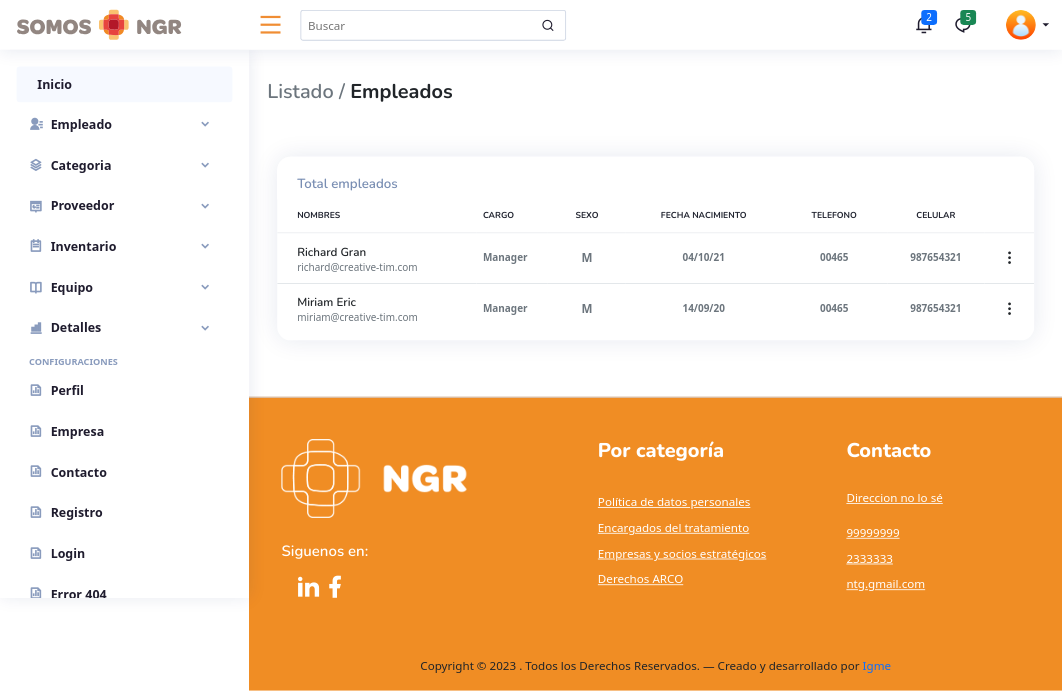
Repository: igmeMarcial/ProyectoLP-2023
Page: http://localhost/proyectoLP_2023/ListadoEmpleados.jsp
The author's editor kept a copy of each file at every save. The page is drawn from the files as they stood at one save, then again after the next save.
The browser window is 1280 px wide. The pictures show the whole page, at 83% of full size.
Some web fonts or font styles are not loaded; a fallback is used. The page is served by Tomcat 9. Other server files are loaded and not shown. The template is opened directly, without the code that normally fills it, so the values that code supplies are empty.

Above is the page before, as saved 2023-03-22 18:35:17.

### proyectoLP_2023/WebContent/ListadoEmpleados.jsp
<%@ page language="java" contentType="text/html; charset=ISO-8859-1"
    pageEncoding="ISO-8859-1"%>
<%@taglib uri="http://java.sun.com/jsp/jstl/core" prefix="c" %>
    <!-- para dar formato a las fechas -->
    <%@taglib uri="http://java.sun.com/jsp/jstl/fmt" prefix="fmt" %>
<!DOCTYPE >
<html>
	<head>
		<meta charset="UTF-8" />
		<meta http-equiv="X-UA-Compatible" content="IE=edge" />
		<meta name="viewport" content="width=device-width, initial-scale=1.0" />
		<link rel="stylesheet" type="text/css" href="./css/listadoEmpleados.css" />
		<link rel="preconnect" href="https://fonts.googleapis.com" />
		<link rel="preconnect" href="https://fonts.gstatic.com" crossorigin />
		<link href="https://fonts.googleapis.com/css2?family=Playball&display=swap" rel="stylesheet" />

		<link rel="preconnect" href="https://fonts.googleapis.com" />
		<link rel="preconnect" href="https://fonts.gstatic.com" crossorigin />
		<link href="https://fonts.googleapis.com/css2?family=Nunito:ital,wght@0,600;0,700;0,800;1,700&display=swap" rel="stylesheet" />

		<link rel="preconnect" href="https://fonts.googleapis.com" />
		<link rel="preconnect" href="https://fonts.gstatic.com" crossorigin />
		<link href="https://fonts.googleapis.com/css2?family=Roboto:wght@300;400;500;700;900&display=swap" rel="stylesheet" />
		<link rel="stylesheet" type="text/css" href="./css/main.css" />
		<link href="https://cdn.jsdelivr.net/npm/bootstrap@5.0.2/dist/css/bootstrap.min.css" rel="stylesheet" integrity="sha384-EVSTQN3/azprG1Anm3QDgpJLIm9Nao0Yz1ztcQTwFspd3yD65VohhpuuCOmLASjC" crossorigin="anonymous" />
		<link href="https://cdn.jsdelivr.net/npm/remixicon@2.5.0/fonts/remixicon.css" rel="stylesheet" />
		<title>Principal</title>
	</head>
	<body>
		<!-- ======= Header(Cabezera) ======= -->
		<header id="header" class="header fixed-top d-flex align-items-center">
			<div class="d-flex align-items-center justify-content-between">
				<a href="Main.jsp" class="logo d-flex align-items-center text-decoration-none">
					<img class="logoImg1 d-none d-lg-block" src="./img/logo-somosngr.svg" alt="" />
					<img class="logoImg2 d-block d-lg-none" src="./img/logo-ngr.png" alt="" />
					<span class="d-none d-lg-block"></span>
				</a>
				<i class="ri-menu-line toggle-sidebar-btn"></i>
			</div>
			<!-- Fin Logo -->
			<!-- Input para Buscar jeje-->
			<div class="search-bar">
				<form class="search-form d-flex align-items-center my-auto" method="POST" action="#">
					<input type="text" name="query" placeholder="Buscar" title="Enter search keyword" />
					<button type="submit" title="Buscar"><i class="ri-search-line"></i></button>
				</form>
			</div>
			<!-- Fin Buscar  -->

			<nav class="header-nav ms-auto">
				<ul class="d-flex align-items-center">
					<li class="nav-item d-block d-lg-none">
						<a class="nav-link nav-icon search-bar-toggle p-0" href="#">
							<i class="ri-search-line"></i>
						</a>
					</li>
					<!-- Fin Buscar Icon-->

					<li class="nav-item dropdown">
						<a class="nav-link nav-icon p-0" href="#" data-bs-toggle="dropdown" id="noti" aria-expanded="false">
							<i class="ri-notification-3-line"></i>
							<span class="badge bg-primary badge-number">2</span>
						</a>
						<!-- End Notification Icon -->
						<ul class="dropdown-menu dropdown-menu-end dropdown-menu-arrow notificaciones" aria-labelledby="noti">
							<li><a class="dropdown-item" href="#">Action</a></li>
							<li><a class="dropdown-item" href="#">Another action</a></li>
							<li><a class="dropdown-item" href="#">Something else here</a></li>
						</ul>
						<!-- Final notificación Dropdown Items -->
					</li>
					<!-- Final Notification Nav -->

					<li class="nav-item dropdown">
						<a class="nav-link nav-icon p-0" href="#" data-bs-toggle="dropdown">
							<i class="ri-chat-1-line"></i>
							<span class="badge bg-success badge-number">5</span>
						</a>
						<!-- Final mensajes Icon -->

						<ul class="dropdown-menu dropdown-menu-end dropdown-menu-arrow messages">
							<li><a class="dropdown-item" href="#">Action</a></li>
							<li><a class="dropdown-item" href="#">Another action</a></li>
							<li><a class="dropdown-item" href="#">Something else here</a></li>
						</ul>
						<!-- Final Mensajes Dropdown Items -->
					</li>
					<!--Final Mensajes Nav -->

					<li class="nav-item dropdown pe-3">
						<a class="nav-link nav-profile d-flex align-items-center pe-0" href="#" data-bs-toggle="dropdown">
							<img src="./img/userImg.png" alt="Profile" class="rounded-circle" />
							<span class="d-none d-md-block dropdown-toggle ps-2">${user}</span>
						</a>
						<!-- End Profile Iamge Icon -->

						<ul class="dropdown-menu dropdown-menu-end dropdown-menu-arrow profile">
							<li class="dropdown-header">
								<h6>${user}</h6>
								<span>${email}</span>
							</li>
							<li>
								<hr class="dropdown-divider" />
							</li>

							<li>
								<a class="dropdown-item d-flex align-items-center" href="perfil.jsp">
									<i class="ri-settings-2-line"></i>
									<span>My Perfil</span>
								</a>
							</li>
							<li>
								<hr class="dropdown-divider" />
							</li>

							<li>
								<a class="dropdown-item d-flex align-items-center" href="perfil.jsp">
									<i class="ri-settings-2-line"></i>
									<span>Configuración</span>
								</a>
							</li>
							<li>
								<hr class="dropdown-divider" />
							</li>

							<li>
								<a class="dropdown-item d-flex align-items-center" href="perfil.jsp">
									<i class="ri-settings-2-line"></i>
									<span>Ayuda?</span>
								</a>
							</li>
							<li>
								<hr class="dropdown-divider" />
							</li>

							<li>
								<a class="dropdown-item d-flex align-items-center" href="ControladorUsuario?accion=Salir">
									<i class="ri-settings-2-line"></i>
									<span>Salir</span>
								</a>
							</li>
						</ul>
						<!-- Final Perfil Dropdown Items -->
					</li>
					<!--Final Profile Nav -->
				</ul>
			</nav>
			<!-- Final Icons Navigation -->
		</header>

		<!-- Final Header -->
		<aside id="sidebar" class="sidebar">
			<ul class="sidebar-nav" id="sidebar-nav">
				<li class="nav-item">
					<a class="nav-link" href="Main.jsp">
						<i class="bi bi-grid"></i>
						<span>Inicio</span>
					</a>
				</li>
				<!-- final Dashboard Nav -->

				<li class="nav-item">
					<a class="nav-link collapsed" data-bs-target="#employes-nav" data-bs-toggle="collapse" href="#"> <i class="ri-contacts-fill"></i><span>Empleado</span><i class="ri-arrow-down-s-line ms-auto"></i> </a>
					<ul id="employes-nav" class="nav-content collapse" data-bs-parent="#sidebar-nav">
						<li>
							<a href="#"> <i class="ri-group-fill"></i><span>Agregar Nuevo Empleado</span> </a>
						</li>
						<li>
							<a href="ControladorCrud?accion=listarEmpleados"> <i class="ri-group-fill"></i><span>Listar Empleados</span> </a>
						</li>
					</ul>
				</li>
				<!-- Final componentes Nav -->

				<li class="nav-item">
					<a class="nav-link collapsed" data-bs-target="#category-nav" data-bs-toggle="collapse" href="#"> <i class="ri-stack-line"></i><span>Categoria</span><i class="ri-arrow-down-s-line ms-auto"></i> </a>
					<ul id="category-nav" class="nav-content collapse" data-bs-parent="#sidebar-nav">
						<li>
							<a href="#"> <i class="bi bi-circle"></i><span>Agregar nuevo Categoria</span> </a>
						</li>
						<li>
							<a href="#"> <i class="bi bi-circle"></i><span>Listar Categorias</span> </a>
						</li>
					</ul>
				</li>
				<!-- Final Formulario Nav -->

				<li class="nav-item">
					<a class="nav-link collapsed" data-bs-target="#provaider-nav" data-bs-toggle="collapse" href="#"> <i class="ri-slideshow-line"></i><span>Proveedor</span><i class="ri-arrow-down-s-line ms-auto"></i> </a>
					<ul id="provaider-nav" class="nav-content collapse" data-bs-parent="#sidebar-nav">
						<li>
							<a href="#"> <i class="bi bi-circle"></i><span>Agregar nuevo Proveedor</span> </a>
						</li>
						<li>
							<a href="#"> <i class="bi bi-circle"></i><span>Listar Proveedores</span> </a>
						</li>
					</ul>
				</li>
				<!-- End Tables Nav -->

				<li class="nav-item">
					<a class="nav-link collapsed" data-bs-target="#inventory-nav" data-bs-toggle="collapse" href="#"> <i class="ri-todo-line"></i><span>Inventario</span><i class="ri-arrow-down-s-line ms-auto"></i> </a>
					<ul id="inventory-nav" class="nav-content collapse" data-bs-parent="#sidebar-nav">
						<li>
							<a href="#"> <i class="bi bi-circle"></i><span>Agregar Inventario Nuevo</span> </a>
						</li>
						<li>
							<a href="#"> <i class="bi bi-circle"></i><span>Listar Inventarios</span> </a>
						</li>
					</ul>
				</li>
				<!-- End Charts Nav -->

				<li class="nav-item">
					<a class="nav-link collapsed" data-bs-target="#team-nav" data-bs-toggle="collapse" href="#"> <i class="ri-book-open-line"></i><span>Equipo</span><i class="ri-arrow-down-s-line ms-auto"></i> </a>
					<ul id="team-nav" class="nav-content collapse" data-bs-parent="#sidebar-nav">
						<li>
							<a href="icons-bootstrap.html"> <i class="bi bi-circle"></i><span>Agregar nuevo Equipo</span> </a>
						</li>
						<li>
							<a href="icons-remix.html"> <i class="bi bi-circle"></i><span>Listar Equipos</span> </a>
						</li>
					</ul>
				</li>
				<!-- Final iconos Nav -->
				<li class="nav-item">
					<a class="nav-link collapsed" data-bs-target="#details-nav" data-bs-toggle="collapse" href="#"> <i class="ri-numbers-line"></i><span>Detalles</span><i class="ri-arrow-down-s-line ms-auto"></i> </a>
					<ul id="details-nav" class="nav-content collapse" data-bs-parent="#sidebar-nav">
						<li>
							<a href="icons-bootstrap.html"> <i class="bi bi-circle"></i><span>Entradas</span> </a>
						</li>
						<li>
							<a href="icons-remix.html"> <i class="bi bi-circle"></i><span>Salidas</span> </a>
						</li>
					</ul>
				</li>
				<!-- Final iconos Nav -->

				<li class="nav-heading">Configuraciones</li>

				<li class="nav-item">
					<a class="nav-link collapsed" href="perfil.jsp">
						<i class="ri-file-chart-line"></i>
						<span>Perfil</span>
					</a>
				</li>
				<!-- Final Profile Page Nav -->

				<li class="nav-item">
					<a class="nav-link collapsed" href="#">
						<i class="ri-file-chart-line"></i>
						<span>Empresa</span>
					</a>
				</li>
				<!-- End F.A.Q Page Nav -->

				<li class="nav-item">
					<a class="nav-link collapsed" href="#">
						<i class="ri-file-chart-line"></i>
						<span>Contacto</span>
					</a>
				</li>
				<!-- Final Contact Page Nav -->

				<li class="nav-item">
					<a class="nav-link collapsed" href="#">
						<i class="ri-file-chart-line"></i>
						<span>Registro</span>
					</a>
				</li>
				<!-- Final Registro Page Nav -->

				<li class="nav-item">
					<a class="nav-link collapsed" href="#">
						<i class="ri-file-chart-line"></i>
						<span>Login</span>
					</a>
				</li>
				<!-- Final Login Page Nav -->

				<li class="nav-item">
					<a class="nav-link collapsed" href="#">
						<i class="ri-file-chart-line"></i>
						<span>Error 404</span>
					</a>
				</li>
			</ul>
		</aside>

		<!-- Final Sidebar-->
		<!-- ======= Contenido principal======= -->
		<main id="main" class="main main-listadoEmpleado">
	<div class="content-wrapper">
		<div class="container-xxl flex-grow-1 container-p-y">
			<h4 class="fw-bold py-3 mb-4"><span class="text-muted fw-light">Listado /</span> Empleados</h4>
			<div class="container-fluid py-4">
				<div class="row">
					<div class="col-12">
						<div id="tableContainer" class="card mb-4">
							<div class="card-header pb-0">
								<h6>Total empleados</h6>
							</div>
							<div class="card-body px-0 pt-0 pb-2">
								<div class="table-responsive p-0">
									<table class="table align-items-center mb-0">
										<thead>
											<tr>
												<th class="th-title text-uppercase text-xxs font-weight-bolder opacity-7">Nombres</th>

												<th class="th-title text-uppercase text-xxs font-weight-bolder opacity-7 ps-2">cargo</th>
												<th class="th-title text-center text-uppercase text-xxs font-weight-bolder opacity-7">Sexo</th>
												<th class="th-title text-center text-uppercase text-xxs font-weight-bolder opacity-7">Fecha Nacimiento</th>
												<th class="th-title text-center text-uppercase text-xxs font-weight-bolder opacity-7">Telefono</th>
												<th class="th-title text-center text-uppercase text-xxs font-weight-bolder opacity-7">Celular</th>
												<th class="th-title text-center text-uppercase text-xxs font-weight-bolder opacity-7"></th>
											</tr>
										</thead>
										<tbody>
											<c:forEach var="empleado" items="${listado}">
												<tr>
												<td>
													<div class="d-flex px-3 py-1">
														<div class="d-flex flex-column justify-content-center">
															<h6 class="mb-0 text-sm"><c:out value="${empleado.nombre} ${empleado.apellidos}"></c:out></h6>
															<p class="text-xs text-secondary mb-0"><c:out value="${empleado.email}"></c:out></p>
														</div>
													</div>
												</td>
												<td class="align-middle text-center">
													<div class="text-start">
														<p class="text-xs text-secondary font-weight-bold mb-0"><c:out value="${empleado.cargo}"></c:out></p>
													</div>
												</td>
												<td class="align-middle text-center text-sm">
													<span class="text-secondary text-xs sex-empleado font-weight-bold"><c:out value="${empleado.sexo}"></c:out></span>
												</td>
												<td class="align-middle text-center">
													<span class="text-secondary text-xs font-weight-bold"><c:out value="${empleado.fechaNacimiento}"></c:out></span>
												</td>
												<td class="align-middle text-center">
													<span class="text-secondary text-xs font-weight-bold"><c:out value="${empleado.telefono}"></c:out></span>
												</td>
												<td class="align-middle text-center">
													<span class="text-secondary text-xs font-weight-bold"><c:out value="${empleado.celular}"></c:out></span>
												</td>
												<td class="align-middle text-center">
													<div class="dropdown">
														<button type="button" class="btn p-0 hide-arrow btn-editList" data-bs-toggle="dropdown" aria-expanded="false">
															<i class="ri-more-2-fill"></i>
														</button>
														<div class="dropdown-menu menu-dropdown-b" style="">
															<a class="dropdown-item" href="#"><i class="ri-edit-line"></i> Edit</a>
															<a class="dropdown-item" href="#"><i class="ri-delete-bin-line"></i> Delete</a>
														</div>
													</div>
												</td>
											</tr>
											 </c:forEach>
											 <tr>
												<td>
													<div class="d-flex px-3 py-1">
														<div class="d-flex flex-column justify-content-center">
															<h6 class="mb-0 text-sm">Richard Gran</h6>
															<p class="text-xs text-secondary mb-0">richard@creative-tim.com</p>
														</div>
													</div>
												</td>
												<td class="align-middle text-center">
													<div class="text-start">
														<p class="text-xs text-secondary font-weight-bold mb-0">Manager</p>
													</div>
												</td>
												<td class="align-middle text-center text-sm">
													<span class="text-secondary sex-empleado font-weight-bold">M</span>
												</td>
												<td class="align-middle text-center">
													<span class="text-secondary text-xs font-weight-bold">04/10/21</span>
												</td>
												<td class="align-middle text-center">
													<span class="text-secondary text-xs font-weight-bold">00465</span>
												</td>
												<td class="align-middle text-center">
													<span class="text-secondary text-xs font-weight-bold">987654321</span>
												</td>
												<td class="align-middle text-center">
													<div class="dropdown">
														<button type="button" class="btn p-0 hide-arrow btn-editList" data-bs-toggle="dropdown" aria-expanded="false">
															<i class="ri-more-2-fill"></i>
														</button>
														<div class="dropdown-menu menu-dropdown-b" style="">
															<a class="dropdown-item" href="#"><i class="ri-edit-line"></i> Edit</a>
															<a class="dropdown-item" href="#"><i class="ri-delete-bin-line"></i> Delete</a>
														</div>
													</div>
												</td>
											</tr>
											<tr>
												<td>
													<div class="d-flex px-3 py-1">
														<div class="d-flex flex-column justify-content-center">
															<h6 class="mb-0 text-sm">Miriam Eric</h6>
															<p class="text-xs text-secondary mb-0">miriam@creative-tim.com</p>
														</div>
													</div>
												</td>
												<td class="align-middle text-center">
													<div class="text-start">
														<p class="text-xs text-secondary font-weight-bold mb-0">Manager</p>
													</div>
												</td>
												<td class="align-middle text-center text-sm">
													<span class="text-secondary sex-empleado font-weight-bold">M</span>
												</td>
												<td class="align-middle text-center">
													<span class="text-secondary text-xs font-weight-bold">14/09/20</span>
												</td>
												<td class="align-middle text-center">
													<span class="text-secondary text-xs font-weight-bold">00465</span>
												</td>
												<td class="align-middle text-center">
													<span class="text-secondary text-xs font-weight-bold">987654321</span>
												</td>
												<td class="align-middle text-center">
													<div class="dropdown">
														<button type="button" class="btn p-0 hide-arrow btn-editList" data-bs-toggle="dropdown" aria-expanded="false">
															<i class="ri-more-2-fill"></i>
														</button>
														<div class="dropdown-menu menu-dropdown-b" style="">
															<a class="dropdown-item" href="#"><i class="ri-edit-line"></i> Editar</a>
															<a class="dropdown-item" href="#"><i class="ri-delete-bin-line"></i> Eliminar</a>
														</div>
													</div>
												</td>
											</tr>
										</tbody>
									</table>
								</div>
							</div>
						</div>
					</div>
				</div>
			</div>
		</div>
	</div>
</main>


		<!-- ======= Footer ======= -->

		<footer id="footer" class="footer">
			<div class="site-footer">
				<div class="container">
					<div class="row justify-content-around">
						<div class="col-lg-4">
							<div class="widget">
								<img src="./img/logo-ngr-white.png" />
							</div>
							<!-- /.widget -->
							<div class="widget socialContent">
								<h3>Siguenos en:</h3>
								<div class="social d-flex justify-content-start align-items-center px-3">
									<div>
										<a><i class="ri-linkedin-fill"></i></a>
									</div>
									<div>
										<a><i class="ri-facebook-fill"></i></a>
									</div>
								</div>
							</div>
							<!-- /.widget -->
						</div>
						<!-- /.col-lg-3 -->

						<div class="col-lg-3 ml-auto">
							<div class="widget text-start link-container-footer">
								<h3 class="footer-subTitle">Por categoría</h3>
								<ul class="list-unstyled float-left links">
									<li><a class="links" href="#">Política de datos personales</a></li>
									<li><a class="links" href="#"> Encargados del tratamiento</a></li>
									<li><a class="links" href="#">Empresas y socios estratégicos</a></li>
									<li><a class="links" href="#">Derechos ARCO</a></li>
								</ul>
							</div>
							<!-- /.widget -->
						</div>
						<!-- /.col-lg-3 -->

						<div class="col-lg-3">
							<div class="widget text-start">
								<h3 class="footer-subTitle">Contacto</h3>
								<address class="links">Direccion no lo sé</address>
								<ul class="list-unstyled links mb-4">
									<li><a class="links" href="#">99999999</a></li>
									<li><a class="links" href="#">2333333</a></li>
									<li><a class="links" href="#">ntg.gmail.com</a></li>
								</ul>
							</div>
							<!-- /.widget -->
						</div>
						<!-- /.col-lg-3 -->
					</div>
					<!-- /.row -->

					<div class="row mt-5">
						<div class="col-12 text-center">
							<p class="mb-0">
								Copyright &copy;
								<script>
									document.write(new Date().getFullYear());
								</script>
								. Todos los Derechos Reservados. &mdash; Creado y desarrollado por <a href="#">Igme</a>
								<!-- License information: igmreGroup -->
							</p>
						</div>
					</div>
					<!-- /.container -->
				</div>
				<!-- /.site-footer -->
			</div>
		</footer>
		<!-- End Footer -->

		<a href="#" class="back-to-top d-flex align-items-center justify-content-center"><i class="bi bi-arrow-up-short"></i></a>
		<!-- Sistema JS Files -->

		<script src="https://cdn.jsdelivr.net/npm/bootstrap@5.0.2/dist/js/bootstrap.bundle.min.js" integrity="sha384-MrcW6ZMFYlzcLA8Nl+NtUVF0sA7MsXsP1UyJoMp4YLEuNSfAP+JcXn/tWtIaxVXM" crossorigin="anonymous"></script>
		<script src="./script/main.js" type="text/javascript"></script>
	</body>
</html>

### proyectoLP_2023/WebContent/css/listadoEmpleados.css

.main-listadoEmpleado{
	margin-top: 60px ;
    padding: 20px 10px !important;
}
.sex-empleado{
	color: #6c757d!important;
}

#tableContainer{

    border: 0 solid rgba(0, 0, 0, 0.125);
    border-radius: 1rem;
}

#tableContainer .card-header{
	padding: 1.5rem;
	border-radius: 1rem 1rem 0 0;
	background-color: #fff;
    border-bottom: 0 solid rgba(0, 0, 0, 0.125);
}
.th-title {
	padding: 0.75rem 1.5rem !important;

    letter-spacing: 0px;
    border-bottom: 1px solid #e9ecef;

     border-bottom-color: #e9ecef !important;
     line-height: 1.5;
    margin: 0px;
    color: rgb(34, 37, 49) !important;
    font-size: 12px;
    font-family: 'Nunito', sans-serif;
}
.btn-editList i{
	font-size: 20px;
}
.menu-dropdown-b{
	    border: 1px solid transparent !important;
}
.table tbody tr:last-child td {
    border-width: 0;
}

.text-sm {
    font-size: 0.875rem !important;
}

.text-sm {
    line-height: 1.5;
}

.font-weight-bold {
    font-weight: 600 !important;
}

.text-xs {
    font-size: 0.75rem !important;
}
.text-xs {
    line-height: 1.25;
}
.font-weight-bolder {
    font-weight: 700 !important;
}
.text-xxs {
    font-size: 0.65rem !important;
}

Loaded but not shown: proyectoLP_2023/WebContent/img/logo-somosngr.svg (22 lines, source omitted); proyectoLP_2023/WebContent/script/main.js (27 lines, source omitted); proyectoLP_2023/WebContent/css/main.css (1076 lines, source omitted)

After the next save:
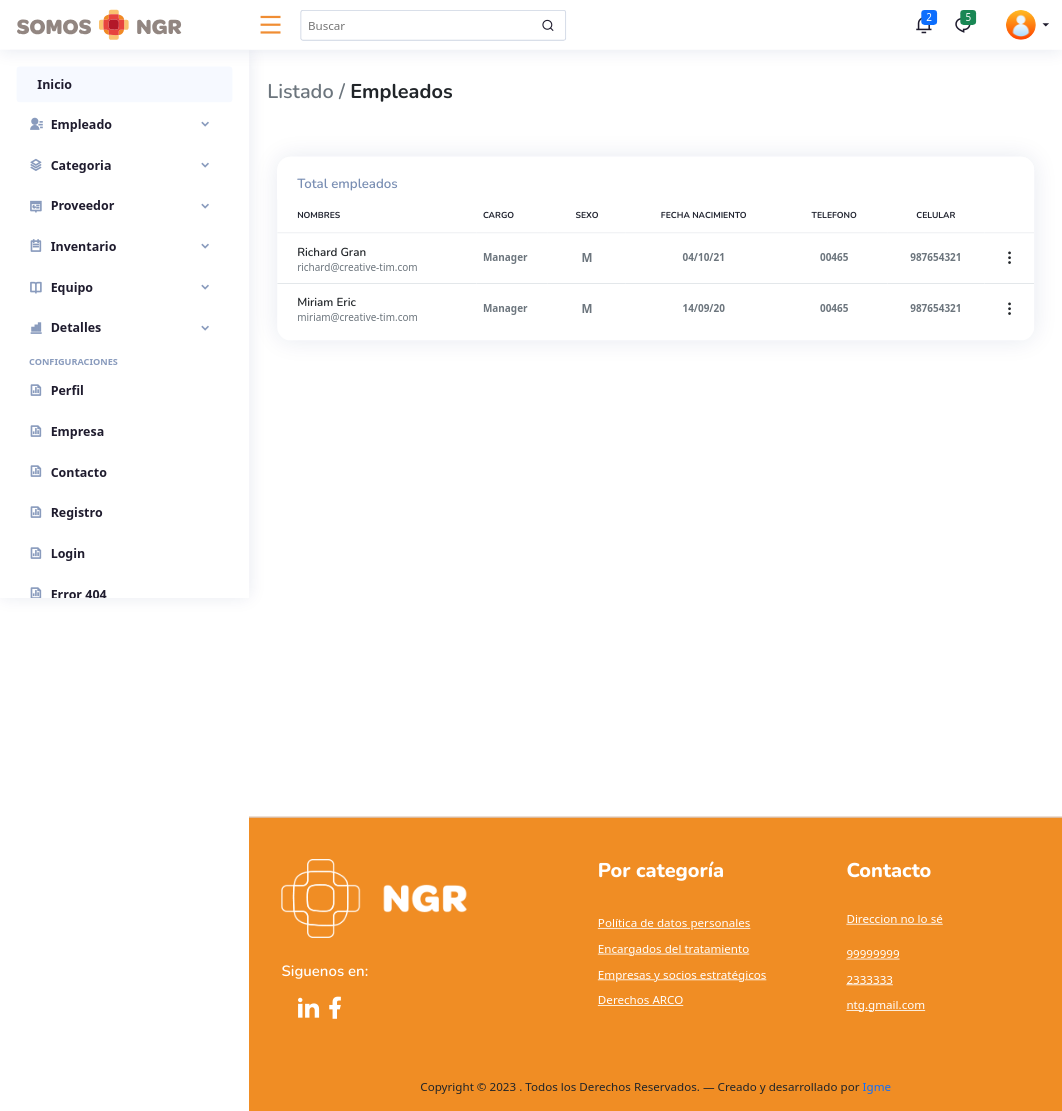
Saved 9 min 12 s later.
--- a/proyectoLP_2023/WebContent/css/listadoEmpleados.css
+++ b/proyectoLP_2023/WebContent/css/listadoEmpleados.css
@@ -2,6 +2,7 @@
 .main-listadoEmpleado{
 	margin-top: 60px ;
     padding: 20px 10px !important;
+        min-height: 924px;
 }
 .sex-empleado{
 	color: #6c757d!important;
